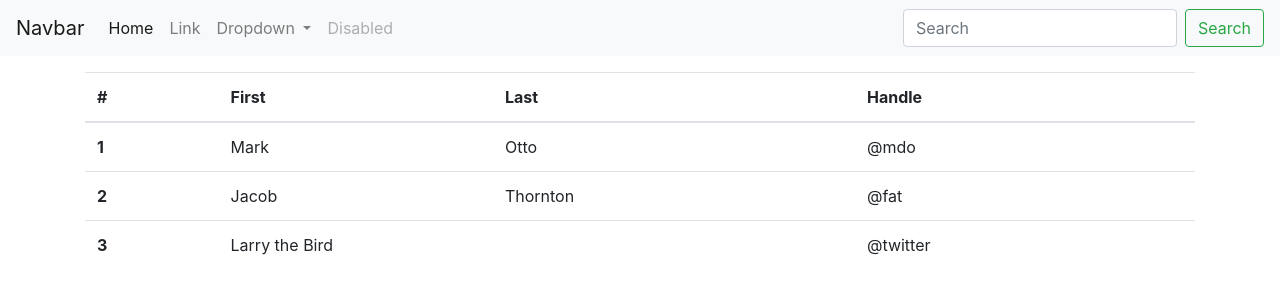
Repository: syawal2kalii/oop-php
Page: http://localhost/simple-login-register/view/admin.php
These files come from the project's save history. The page is drawn as it stood at one moment and after the next save; the edit follows.
The browser window is 1280 px wide. The pictures show the whole page.
The page is run by PHP 8.4 with error messages shown; the project is at /var/www/html/.

Above is the page before, as saved 2020-03-09 19:03:52.

After the next save:
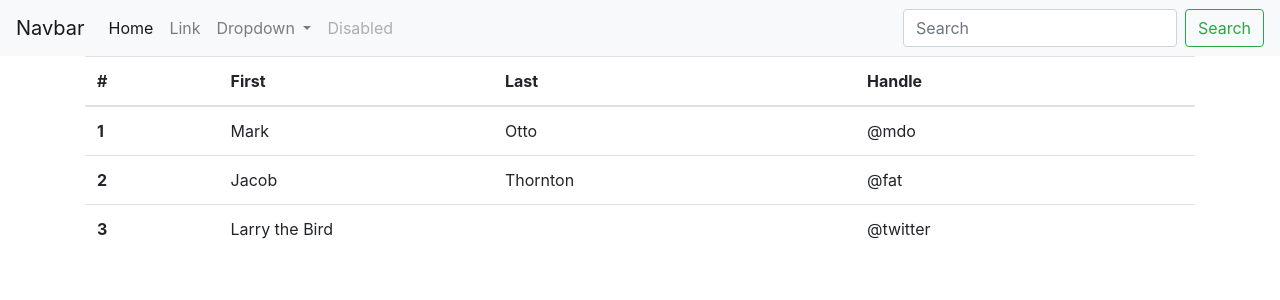
Saved 7 s later.
--- a/view/admin.php
+++ b/view/admin.php
@@ -51,7 +51,7 @@
 <div class="container">
 <div class="table-responsive">
   <table class="table table-hover">
-    <table class="table ">
+
         <thead>
             <tr>
             <th scope="col">#</th>
@@ -79,7 +79,7 @@
             <td>@twitter</td>
             </tr>
         </tbody>
-    </table>
+
   </table>
 </div>
 </div>
